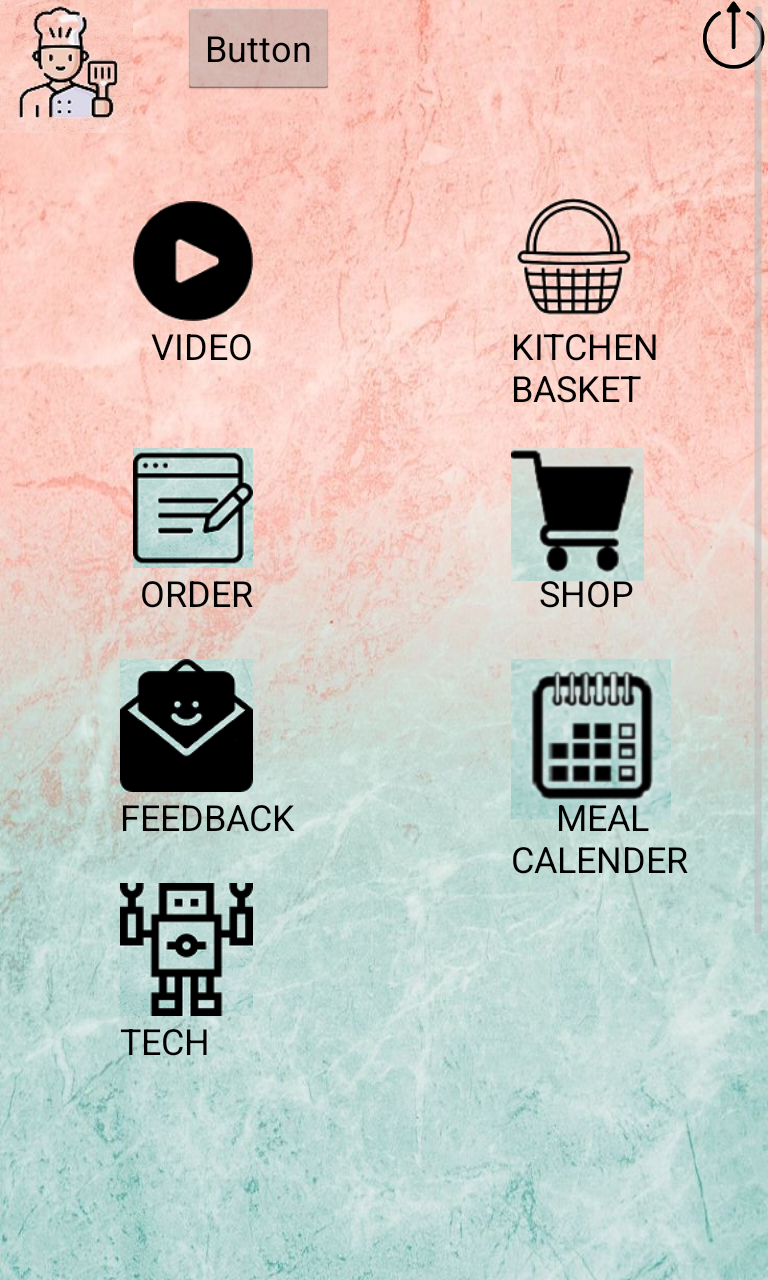
Repository: Narjasfathima/SmartKitchen
Layout: Frontend/SmartKitchen/res/layout/activity_home.xml
These files come from the project's save history. The layout is drawn as it stood at one moment and after the next save; the edit follows.
It is drawn on a 768 x 1280 px phone screen (xhdpi) without system bars, with theme AppTheme; the app's code is not run.

Above is the layout before, as saved 2021-01-23 18:38:48.

After the next save:
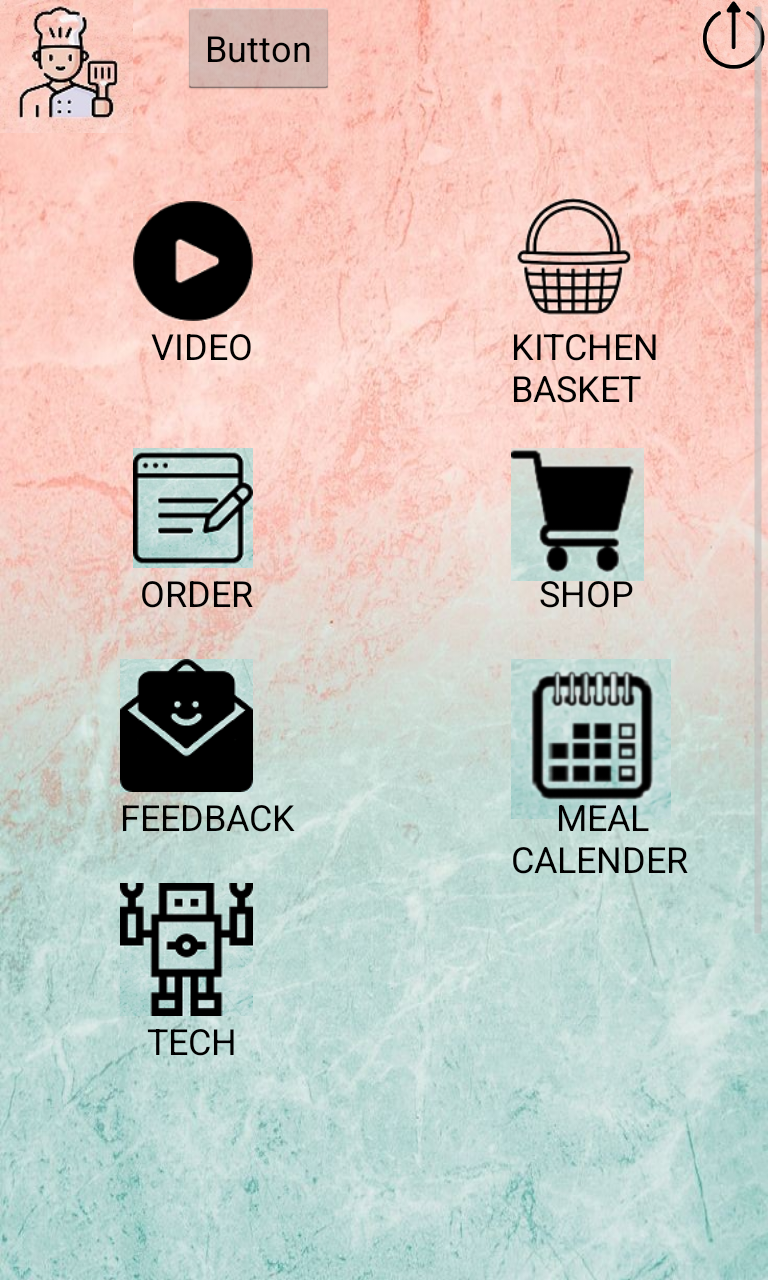
Saved 2 min 42 s later.
--- a/Frontend/SmartKitchen/res/layout/activity_home.xml
+++ b/Frontend/SmartKitchen/res/layout/activity_home.xml
@@ -160,7 +160,7 @@
         android:layout_height="wrap_content"
         android:layout_alignLeft="@+id/imageButton9"
         android:layout_below="@+id/imageButton9"
-        android:text="TECH"
+        android:text="   TECH"
         android:textAppearance="?android:attr/textAppearanceMedium" />
 
 </RelativeLayout>
